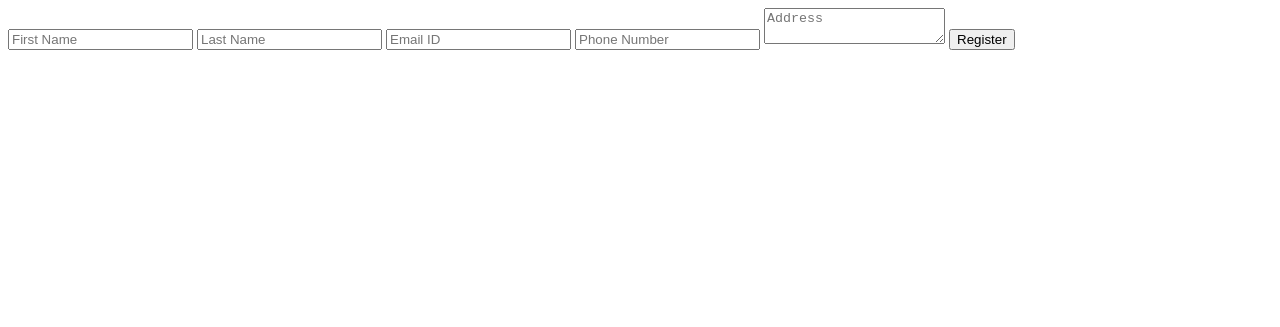
Repository: Kutty39/WebApps
Page: http://localhost/WebPageApp1/editpage.jsp
These files come from the project's save history. The page is drawn as it stood at one moment and after the next save; the edit follows.
The browser window is 1280 px wide. The pictures show the whole page.
The page is served by Tomcat 9. Other server files are loaded and not shown.

Above is the page before, as saved 2019-12-09 13:02:57.

### LoginRegistrationPage/WebPageApp1/src/main/webapp/editpage.jsp
<%@ page language="java" contentType="text/html; charset=UTF-8"
	pageEncoding="UTF-8"%>
<form id="tblForm" class="my-form-tbl" method="POST">
	<input type="text" name="fname" placeholder="First Name"
		required="required"> <input type="text" name="lname"
		required="required" placeholder="Last Name">
	<p class="hd-lbl eid" hidden>*Mandatory field</p>
	<input type="text" id="eid" name="eid" required="required"
		placeholder="Email ID">
	<p class="hd-lbl phn" hidden>*Mandatory field</p>
	<input type="text" name="phn" required="required"
		placeholder="Phone Number">
	<textarea name="adrs" required="required" placeholder="Address"></textarea>
	<input id="regBtn" class="button" type="submit" value="Register">
</form>

### LoginRegistrationPage/WebPageApp1/src/main/webapp/CSS/mycss.css
@charset "UTF-8";
*{
	box-sizing: border-box;}
body {
	background-color: #f4f4f4;
	color: #555;
	font-family: Arial, Helvetica, sans-serif;
	font-size: 16px;
	line-height: 1.6em;
	margin: 0;
	background-color: #f4f4f4;
}

p.hd-lbl {
	padding: 0;
	margin: 0;
	width: 100%;
	font-family: monospace;
	line-height: 1rem;
}

.hd-lbl {
	color: red;
	font-size: 0.7rem;
}

.container {
	width: 80%;
	margin: auto;
	overflow: hidden;
}

.form-header {
	text-align: center;
	width: 100%;
	margin: auto;
	margin-bottom: 1em;
	padding: 1px;
	background-color: #f57900;
}

.form-container, .out-container {
	width: 50%;
	background-color: white;
	margin: auto;
	overflow: hidden;
	border: 1rem #ccc solid;
	padding: 2em;
}

.button {
	background-color: #555753;
	padding: 10px;
	color: white;
	font-size: 1em;
}

.my-form input[type="text"], .my-form textarea, .my-form input[type="password"]
	{
	width: 100%;
	padding: 0.5rem;
	margin-bottom: 0.5rem;
	font-size: 1em;
	box-sizing: border-box
}

.head {
	background: #3c7be5;
}

.head h1 {
	color: white;
}

.nav-bar {
	background-color: #555753;
}

.nav-bar ul {
	padding-left: 0;
	list-style: none;
	text-decoration: none;
	list-style: none;
}

.nav-bar li {
	display: inline;
}

.nav-bar a {
	text-decoration: none;
}

.nav-bar a:hover {
	background: white;
	color: black;
}

footer {
	background-color: #555753;
	color: white;
	text-align: center;
	padding: 2%;
}

@media ( max-width : 600px) {
	nav, article {
		width: 100%;
		height: auto;
	}
}
/* body{
	font: bold 100% Arial,Helvetica,sans-serif;
}
.btn {
	border-radius: 15px;
	padding: 5px;
	background: aqua;
}

.btn:hover {
	background-color: buttonface;
}

.box-1 {
	text-align:center;
	border-radius: 5px;
	background-color: #f2f2f2;
	padding: 5%;
	margin: auto;
	width: 80%
}
.box-1 h2{
	text-transform: capitalize;
	letter-spacing: 0.1em;
} */

### LoginRegistrationPage/WebPageApp1/src/main/webapp/JS/myjs.js
$(document).ready(function() {
	// this will bind the method for currently available elements
	$("a.button").click(loadpage);
	// this on method will bind the methods to future elements
	$("#ajx").on("blur","input[type!='submit']",($(this), mandChecker));
	$("#ajx").on("keyup","input[type!='submit']",($(this), mandChecker));
	$("#ajx").on("blur","#eid",check);
	$("#ajx").on("blur","#usr",check);
	$("#ajx").on("submit","#regForm",function(e){
		var s=true;
			$("p.hd-lbl").each(function() {
				if (this.style.display === "block") {
					s=false;
				}
			});
			if(s){
			$.ajax({
				type : "POST",
				url : "regestration",
				data :$("#regForm").serialize(),
				success : function(msg) {
					$("#ajx").html(msg);
				},
				dataType : "html"
			});
			}
			e.preventDefault();
	});


	$("#ajx").on("submit","#lgnForm",function(e){
		var s=true;
		$("#errormsg").hide();
		$("#successmsg").hide();
			$("p.hd-lbl").each(function() {
				if (this.style.display === "block") {
					s=false;
				}
			});
			if(s){
				$.post("login",$("#lgnForm").serialize(),function(msg) {
					if(msg.search("Login")<0){
						lognaction();}
						$("#ajx").html(msg);
					});
				}
		e.preventDefault();
	});


	$("#ajx").on("submit","#profForm",function(e){
		let s = true;
		$("p.hd-lbl").each(function() {
			if (this.style.display === "block") {
				s=false;
				return;
			}
		});
		if(s){
			$.post("update",$("#profForm").serialize(),function(msg) {
				alert(msg);
			});
		}
		 e.preventDefault();
	});

});

function lognaction(){
	$("a.button").each(function(){
		if($(this).attr('class').indexOf("home")<=0){
		$(this).toggle();}
	});
}
function logconfirm(){
	$("a.button.login").hide()
	$("a.button.register").hide();
	$("a.button.userprof").show();
	$("a.button.logout").show();
}


function loadpage() {
	var cls = $(this).attr("class").replace("button ","");
	console.log(cls.replace("button ",""));
	$.ajax({
		type : "post",
		url : "switchpage",
		data : {"page" : cls},
		success : function(msg) {
			if(cls=="logout"){
				lognaction();
			}
			$("#ajx").html(msg);
		},
		dataType : "html"
	});
}

function check(){
	var obj=$(this);
	if(obj!=null){
	$.ajax({
		type : "post",
		url : "validate",
		data : {"email":obj.val()},
		success : function(msg) {
			if(msg==="true"){
				if(obj.attr("name")==="eid"){
				$(".hd-lbl.eid").text("*Email alread exists.");
				$(".hd-lbl.eid").show();
				}if(obj.attr("name")==="username"){
					$(".hd-lbl.username").hide();
				}
			}else{
				if(obj.attr("name")==="username"){
					$(".hd-lbl.username").text("*Email is not exists. please register and come back");
					$(".hd-lbl.username").show();
				}else if(obj.attr("name")==="eid"){
					$(".hd-lbl.eid").hide();
				}
			}
		}
	});
	}
}

function mandChecker(element) {
	var val = element.target.value;
	var name = element.target.name;
	var obj = $(".hd-lbl." + name);
	if (val === "") {
		obj.show();
	} else {
		obj.show();
		var regx = "";
		if (name === "phn") {
			regx = /^\d{10}$/;
			if (regx.test(val)) {
				obj.hide();
			} else {
				obj.text("* Phone number should be 10 digit");
			}
		} else if (name === "eid") {
			regx = /^[a-zA-z\d._-]+\@[a-zA-Z\d.-]+\.[a-zA-Z]{2,4}$/;
			if (regx.test(val)) {
				obj.hide();
			} else {
				obj.text("* Please enter valid email.");
			}
		} else if (name === "pas") {
			regx = /^((?=.*[a-z])(?=.*[A-Z])(?!.*\s)(?=.*[@$!%*?&])).{8,15}$/;
			if (regx.test(val)) {
				obj.hide();
			} else {
				obj.show();
			}
		} else if (name === "conpas") {
			var ps = $("input[name='pas']").val();
			if (val === ps) {
				obj.hide();
			} else {
				obj.show();
			}
		} else {
			obj.hide();
		}
	}
}

After the next save:
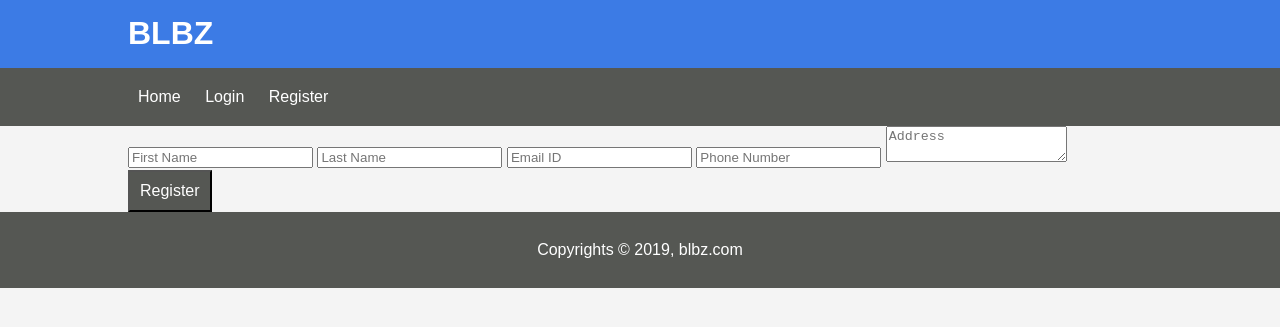
Saved 55 s later.
--- a/LoginRegistrationPage/WebPageApp1/src/main/webapp/editpage.jsp
+++ b/LoginRegistrationPage/WebPageApp1/src/main/webapp/editpage.jsp
@@ -1,6 +1,34 @@
 <%@ page language="java" contentType="text/html; charset=UTF-8"
 	pageEncoding="UTF-8"%>
-<form id="tblForm" class="my-form-tbl" method="POST">
+<!DOCTYPE html>
+<html>
+<head>
+<title>My Page</title>
+<link href="CSS/mycss.css" rel="stylesheet" type="text/css">
+<script	src="https://ajax.googleapis.com/ajax/libs/jquery/3.4.1/jquery.min.js"></script>
+<script src="JS/myjs.js"></script>
+</head>
+<body>
+	<header class="head">
+		<div class="container">
+			<h1>BLBZ</h1>
+		</div>
+	</header>
+	<nav class="nav-bar">
+		<div class="container">
+			<ul>
+				<li><a class="button home">Home</a></li>
+				<li><a class="button login">Login</a></li>
+				<li><a class="button register">Register</a></li>
+				<li><a class="button data"  hidden>Date Tab</a></li>
+				<li><a class="button userprof" hidden>User Profile</a></li>
+				<li><a class="button logout" hidden>Log Out</a></li>
+			</ul>
+		</div>
+	</nav>
+	<section class="main">
+		<div id="ajx" class="container">
+		<form id="tblForm" class="my-form-tbl" method="POST">
 	<input type="text" name="fname" placeholder="First Name"
 		required="required"> <input type="text" name="lname"
 		required="required" placeholder="Last Name">
@@ -13,3 +41,10 @@
 	<textarea name="adrs" required="required" placeholder="Address"></textarea>
 	<input id="regBtn" class="button" type="submit" value="Register">
 </form>
+</div>
+	</section>
+	<footer>
+		<div class="container">Copyrights &copy; 2019, blbz.com</div>
+	</footer>
+</body>
+</html>
